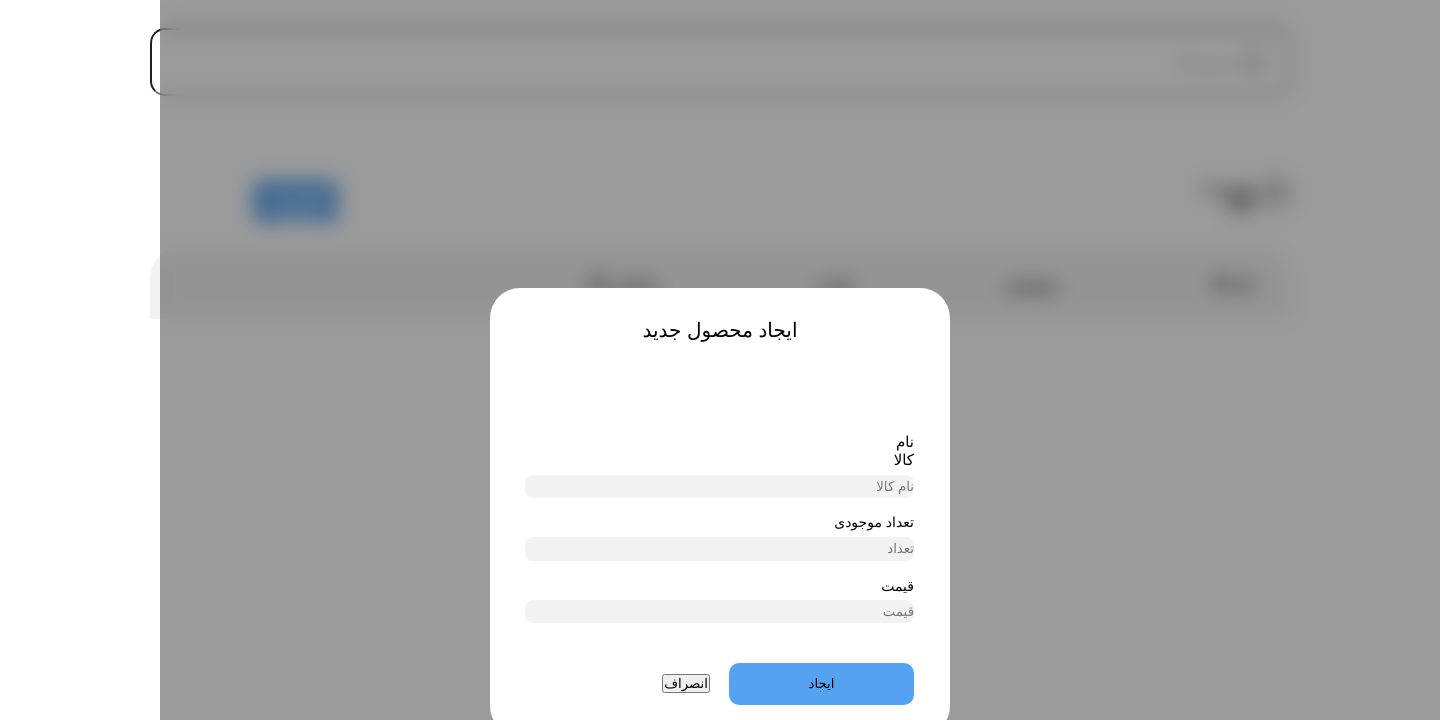
Repository: sobhan-rahimii/project-panel-admin-Next.Js
Page: /dashboard, after clicking the first element matching `button.Dashboard_7644c_addproduct`
These files come from the project's save history. The page is drawn as it stood at one moment and after the next save; the edit follows.
The browser window is 1280 px wide. The page is 1440 px wide, so the pictures cover 1440 px, including what lies to the right of the window. The pictures show the whole page.
The page's requests for data from a server got no answer. The project was rebuilt for these pictures with package versions that can differ from the ones it lists, and the page was loaded fresh each time. The framework's server and built-in components were replaced by stand-ins that run in the browser. No one was signed in, and anything a server would have sent is missing. Also part of the build but not shown: next.config.mjs.

Above is the page before, as saved 2025-09-01 15:53:58.

### pages/_app.js
import "@/styles/globals.css";
import { QueryClient, QueryClientProvider, useQueryClient } from "@tanstack/react-query";

export default function App({ Component, pageProps }) {
  const queryclient =  new QueryClient()

  return (
    <QueryClientProvider client={queryclient} >
      <Component {...pageProps} />
    </QueryClientProvider>
  );
}

### pages/_document.js
import { Html, Head, Main, NextScript } from "next/document";

export default function Document() {
  return (
    <Html lang="fa" dir="rtl">
      <Head />
      <body>
        <Main />
        <NextScript />
      </body>
    </Html>
  );
}

### pages/dashboard.js
import { useRouter } from "next/router";
import React, { useState } from "react";
import { useQuery } from "@tanstack/react-query";
import api from "@/services/axios";
import {
  useAddProducts,
  useFetchProducts,
  useSearchProducts,
} from "@/hooks/queries";
import Image from "next/image";
import styles from "../styles/Dashboard.module.css";
import AddProductModal from "@/components/AddProductModal";

function Dashboard() {
  const [search, setSearch] = useState("");
  const [isOpenModal, setIsOpenModal] = useState(false);
  const [form, setForm] = useState({
    name: "",
    price: "",
    quantity: "",
  });

  const { data: products, isLoading: loading } = useSearchProducts(search);
  console.log({ products });

  const { data, isLoading } = useFetchProducts();
  console.log({ data, isLoading });

  const { mutate } = useAddProducts();
  const submitHandler = async (event) => {
    event.preventDefault();

    mutate({
      name: form.name,
      price: form.price,
      quantity: form.quantity,
    });
    setIsOpenModal(false)
  };

  return (
    <>
      <div>
        <input
          placeholder="جستجو کالا"
          className={styles.search}
          type="text"
          value={search}
          onChange={(e) => setSearch(e.target.value)}
        />
        <Image
          className={styles.icon_search}
          src="/search-normal (1).png"
          width={24}
          height={24}
        />
      </div>
      <div className={styles.flex}>
        <Image
          className={styles.icon}
          src="/setting-3.png"
          width={30}
          height={30}
        />
        <h3 className={styles.title}>مدیرت کالا</h3>
        <button
          onClick={() => setIsOpenModal(true)}
          className={styles.addproduct}
        >
          افزودن محصول
        </button>
      </div>
      <div className={styles.createTable}>
        <table className={styles.trr}>
          <tbody>
            <tr>
              <th className={styles.th1}>نام کالا</th>
              <th className={styles.th2}>موجودی</th>
              <th className={styles.th3}>قیمت</th>
              <th className={styles.th4}>شناسه کالا</th>
              <th></th>
            </tr>
          </tbody>
          {(search ? products?.data : data?.data)?.map((p) => (
            <tr className={styles.tr2}>
              <td className={styles.td1}>{p.name}</td>
              <td className={styles.td2}>{p.quantity}</td>
              <td className={styles.td3}>{p.price}</td>
              <td className={styles.td4}>{p.id}</td>
              <div className={styles.flex1}>
                <td>
                  <button className={styles.btnedit}>
                    <Image
                      className={styles.edit}
                      src="/edit.png"
                      width={20}
                      height={20}
                    />
                    <button className={styles.btndel}>
                      <Image src="/trash.png" width={20} height={20} />
                    </button>
                  </button>
                </td>
              </div>
            </tr>
          ))}
        </table>
        <AddProductModal
          isOpenModal={isOpenModal}
          setIsOpenModal={setIsOpenModal}
          form={form}
          setForm={setForm}
          submitHandler={submitHandler}
        />
      </div>
    </>
  );
}

export default Dashboard;

### services/axios.js
import axios from "axios";
import setCookie from "@/utils/cooki";
import {
  parseCookie,
  parseSetCookie,
} from "next/dist/compiled/@edge-runtime/cookies";
import { getCookie } from "./cookie";

const api = axios.create({
  baseURL: process.env.NEXT_PUBLIC_API_BASE_URL,
  headers: {
    "Content-Type": "application/json",
  },
});


api.interceptors.request.use((request)=>{
    const token = getCookie("token")
    if(token){
        request.headers["Authorization"] = `Bearer ${token}`
    }
    return request
},
(error)=>{
    return Promise.reject(error)
})

export default api;

### hooks/queries.js
import api from "@/services/axios";
import { useMutation, useQuery } from "@tanstack/react-query";

const useFetchProducts = () => {
  const fetchProducts = async () => {
    const res = await api.get("products");
    return res.data;
  };
  return useQuery(["products"], fetchProducts, { refetchInterval: 1 * 1000 });
};

const useAddProducts = () => {
  const addProduct = async (newProduct) => {
    const res = await api.post("products", newProduct);
    return res.data;
  };
  return useMutation(addProduct);
};

const useSearchProducts = (name)=>{
    const fetchSearchProducts = async()=>{
        const res = await api.get(`products?name=${name}`)
        return res.data
    }
    return useQuery(["products",name],fetchSearchProducts)

}

export {useFetchProducts,useAddProducts,useSearchProducts}

### styles/Dashboard.module.css
.search {
  width: 1140px;
  height: 68px;
  border-radius: 15px;
  margin-right: 150px;
  margin-left: 150px;
  margin-top: 28px;
  margin-bottom: 41px;
}
.icon_search {
  position: absolute;
  /* left: 1092px; */
  /* right: 22px; */
  right: 174px;
  top: 50px;
  /* padding-top: 22px; */
  /* padding-right: 22px; */
  /* padding-bottom: 22px; */
  /* padding-left: 1092px; */
}
.search::placeholder {
  width: 70px;
  padding-right: 50px;
}
.flex {
  display: flex;
}
.icon {
  margin-right: 150px;
  margin-top: 41px;
  /* margin-left: 6px;/ */
}
.title {
  margin-top: 41px;
  margin-right: 6px;
  margin-left: 862px;
  /* margin-bottom: 24.36px; */
  line-height: 100%;
}
.addproduct {
  margin-left: 150px;
  margin-top: 42px;
  width: 132px;
  height: 45px;
  cursor: pointer;
  background-color: rgba(85, 163, 240, 1);
  color: rgba(255, 255, 255, 1);
  font-weight: 400;
  font-size: 16px;
  text-align: right;
  border: none;
  border-radius: 10px;
  padding-right: 17px;
  padding-left: 17px;
  padding-bottom: 10px;
  padding-top: 10px;
}

.trr {
  width: 1140px;
  height: 70px;
  background-color: rgba(242, 242, 242, 1);
  margin-right: 150px;
  border-top-left-radius: 30px;
  border-top-right-radius: 30px;
  margin-top: 24px;
  margin-left: 150px;
}
.th1 {
  width: 46px;
  padding-right: 32px;
  white-space: nowrap;
  padding-top: 25px;
  padding-bottom: 23px;

}
.th2 {
  padding-right: 150px;
  width: 57px;
  padding-top: 25px;
  padding-bottom: 23px;

}
.th3 {
  padding-right: 150px;
  padding-top: 25px;
  padding-bottom: 23px;

}
.th4 {
  padding-right: 150px;
  padding-left: 428px;
  padding-top: 25px;
  padding-bottom: 23px;

}
.tr2{
    width: 1140px;
    background-color: rgba(255, 255, 255, 1);

}
.td1{
    font-size: 12px;
    font-weight: 400;
    text-align: right;
    white-space: nowrap ;
    padding-right: 52px;
    padding-top:16 ;
    padding-left: 52px;

}
.td2{
    padding-right: 104px;
    padding-top: 18px;
    padding-bottom: 15px;


}
.td3{
    padding-right: 185px;
    white-space: nowrap;
}
.td4{
    padding-right: 122px;

}

.btnedit{
    margin-left:73px ;
  background: none;
  background-color: none;
  border: none;
  padding-top: 18px;
  /* border:  1px solid rgba(74, 222, 128, 1); */
  cursor: pointer;
  /* color: rgba(74, 222, 128, 1); */
  display: flex;
}
.btndel{
 background: none;
 border: none;
 padding-right: 14px;
 cursor: pointer;
}

### components/AddProductModal.js
import { useAddProducts } from "@/hooks/queries";
import React, { useState } from "react";
import styles from "../styles/AddProductModal.module.css"

function AddProductModal({isOpenModal,setIsOpenModal,form,setForm,submitHandler}) {

    if(!isOpenModal) return



  return (
    <>
      <div className={styles.back}>
        <form className={styles.form} onSubmit={submitHandler}>
          <p className={styles.title}>ایجاد محصول جدید</p>
          <label className={styles.label1}>نام کالا</label>
          <input className={styles.input1}  placeholder="نام کالا" />
          <label className={styles.label2}>تعداد موجودی</label>
          <input className={styles.input2} placeholder="تعداد" />
          <label className={styles.lable3}>قیمت</label>
          <input className={styles.input3} placeholder="قیمت" />
          <div >
            <button className={styles.add} type="submit">ایجاد</button>
            <button className={styles.cancel} onClick={()=>setIsOpenModal(false)}>انصراف</button>
          </div>
        </form>
      </div>
    </>
  );
}

export default AddProductModal;

### services/cookie.js
const  getCookie = (cookieName)=>{
    return document.cookie
    .split(";")
    .find((token)=>token.trim().split("=")[0]=== cookieName)
    ?.split("=")[1]
}

export{getCookie}

### styles/AddProductModal.module.css
.form{
    position: fixed;
    width: 460px;
    height: 448px;
    background-color: rgba(255, 255, 255, 1);
    display: flex;
    flex-direction: column;
    border-radius: 30px;
    /* align-items: center; */
    /* justify-content: center; */

     top: 288px;
    right: 490px;
    left: 490px;
     bottom: 288px;
}
.back{
    position: fixed;
    top: 0;
    left: 0;
    width: 100%;
    height: 100%;
    background-color: rgba(51, 51, 51, 0.49);
    backdrop-filter: blur(10px);
    bottom: 0;
    right: 0;
}
.title{
    text-align: center;
    margin-top: 30px;
    margin-right: 152px;
    margin-left: 152px;
    width: 156px;
    font-weight: 500;
    font-size: 20px;
}
.label1{
    width: 39px;
    margin-right: 36px;
    margin-top: 91px;
    margin-left: 385px;
    font-weight: 500;
    font-size: 15px;
    text-align: right;
}
.input1{
    width: 389px;
    height: 42px;
    background-color: rgba(242, 242, 242, 1);
    margin-right: 36px;
    margin-top: 6px;
    margin-left: 35px;
    border-radius: 8px;
    border: none;
}
.label2{
    width: 81px;
    margin-right: 36px;
    margin-top: 16px;
    margin-left: 343px;
    font-weight: 500;
    font-size: 14px;
    text-align: right;

}
.input2{
    width: 389px;
    height: 42px;
    border-radius: 8px;
    border: none;
    margin-right: 36px;
    margin-left: 35px;
    margin-top: 7px;
    background-color: rgba(242, 242, 242, 1);
}
.lable3{
    width: 33px;
    margin-right: 36px;
    margin-left: 391px;
    margin-top: 17px;
    font-weight: 500;
    font-size: 14px;
    text-align: right;
}
.input3{
    width: 389px;
    height: 42px;
    margin-right: 36px;
    margin-left: 35px;
    margin-top: 6px;
    border-radius: 8px;
    border: none;
    background-color: rgba(242, 242, 242, 1);
}
.add{
    width: 185px;
    height: 42px;
    background-color: rgba(85, 163, 240, 1);
    border: none;
    border-radius: 10px;
    margin-right: 36px;
    margin-top: 40px;
    margin-left: 19px;
    margin-bottom: 31px;
}
.cancel{

}

Loaded but not shown: styles/globals.css (common file); utils/cooki.js (empty)

After the next save:
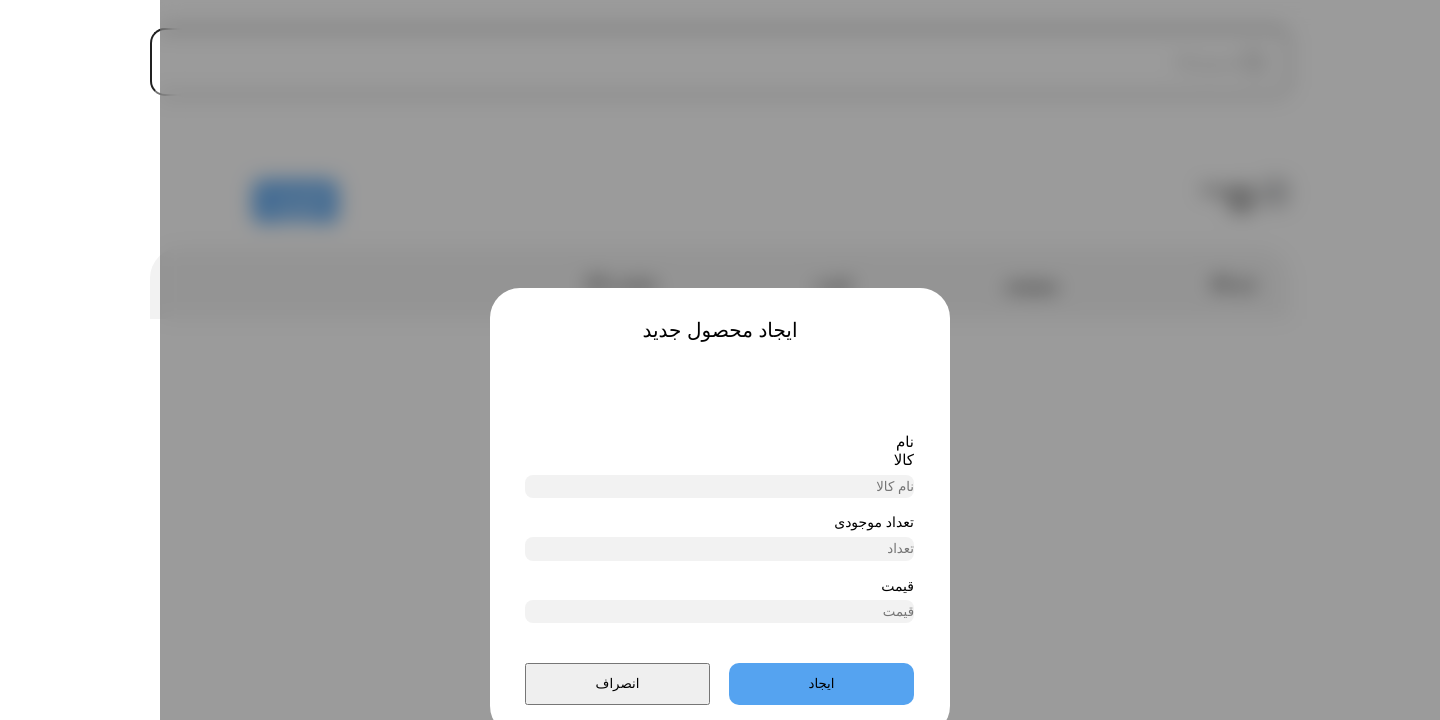
Saved 18 s later.
--- a/styles/AddProductModal.module.css
+++ b/styles/AddProductModal.module.css
@@ -104,5 +104,7 @@
     margin-bottom: 31px;
 }
 .cancel{
+    width: 185px;
+    height: 42px;
 
 }
